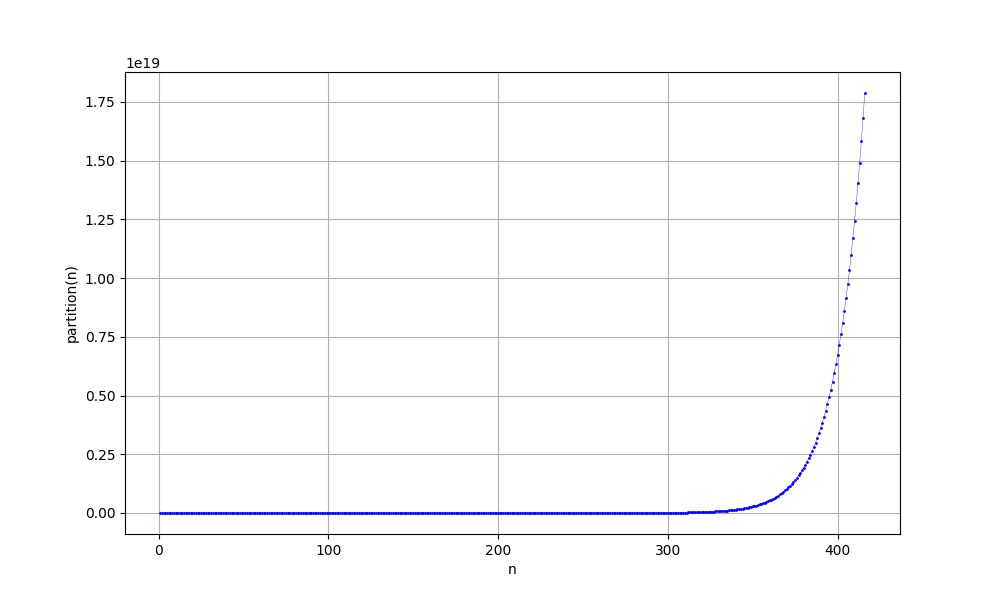
Repository: rizwankaz/partitions
Script's output: python partition_naive_plot.py
An editor plug-in stored every save of this project. The script's output is shown before and after the next save, followed by the edit.
Random numbers start from a fixed seed.

Above is the script's output before, as saved 2024-07-21 16:13:48.

After the next save:
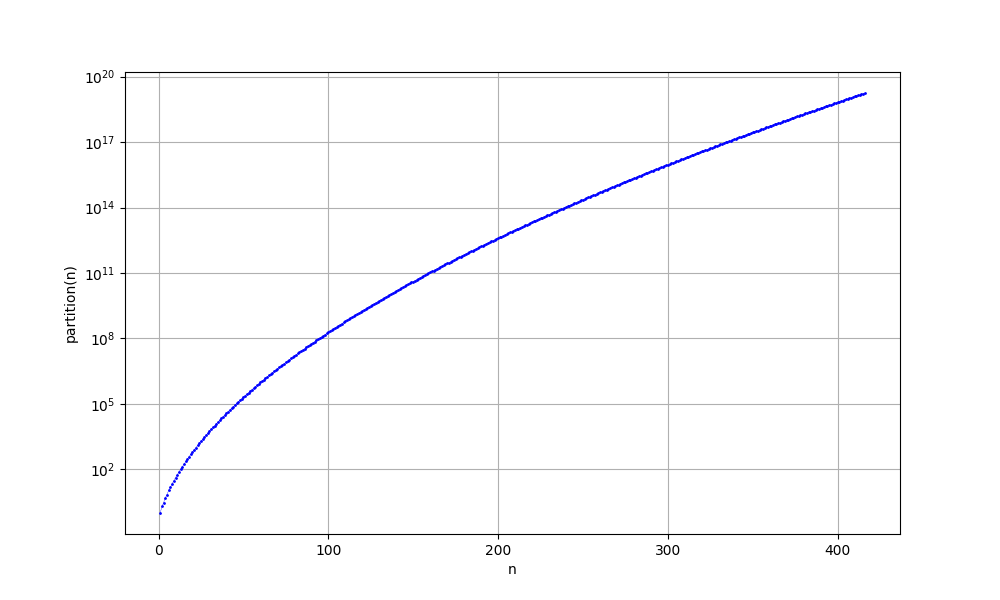
Saved 16 s later.
--- a/partition_naive_plot.py
+++ b/partition_naive_plot.py
@@ -16,7 +16,7 @@ plt.figure(figsize=(10, 6))
 plt.plot(n_values, partition_values, marker='o', linestyle='-', color='b', linewidth=0.25, markersize=1)
 plt.xlabel('n')
 plt.ylabel('partition(n)')
-#plt.yscale('log')
+plt.yscale('log')
 plt.grid(True)
 plt.savefig("partition_plot.png")
 plt.show()
